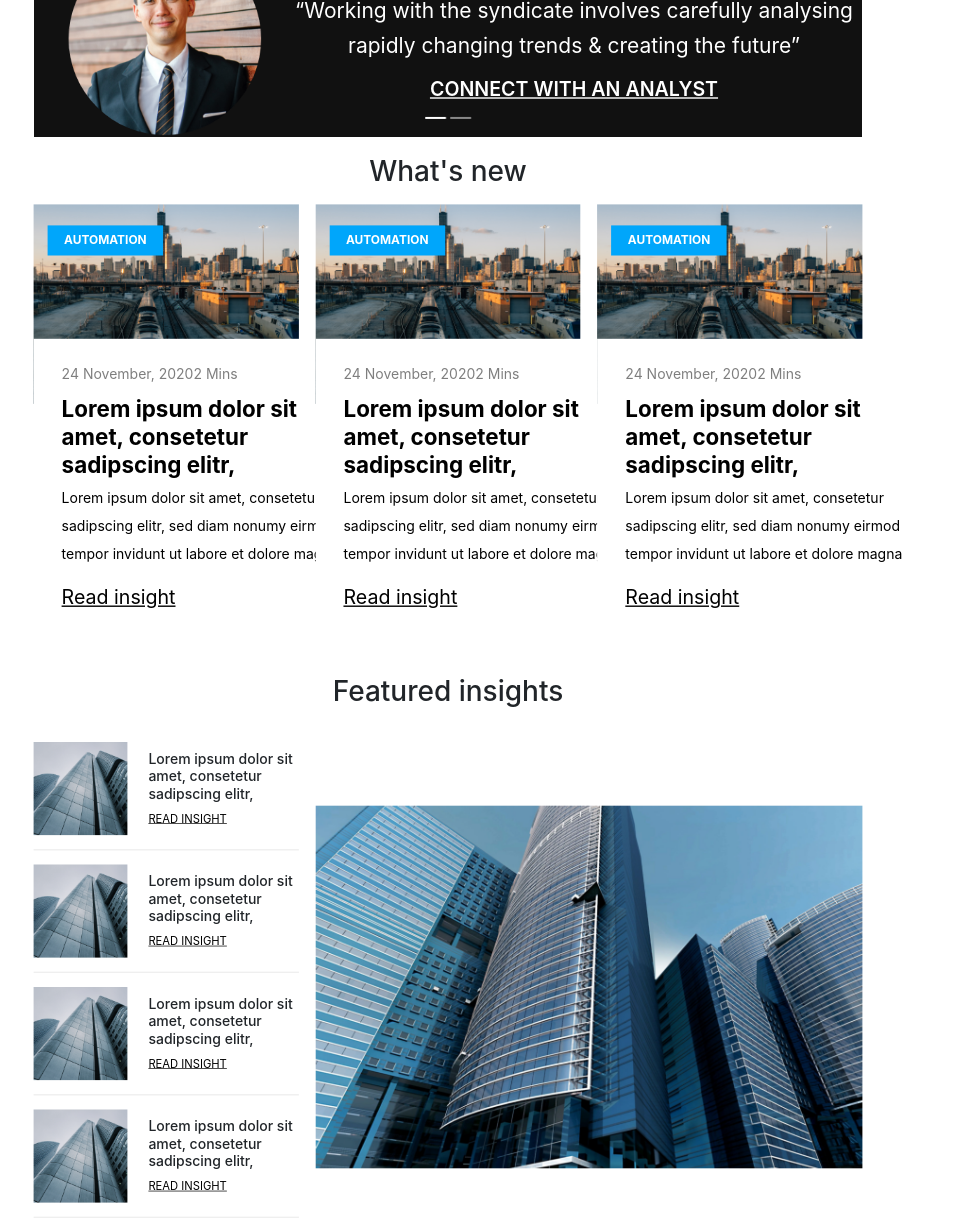
Repository: arif286/Business-webpage
Page: /
These files come from the project's save history. The page is drawn as it stood at one moment and after the next save; the edit follows.
The browser window is 1280 px wide. The page is 1361 px wide, so the pictures cover 1361 px, including what lies to the right of the window. The pictures show the part of the page from y = 1080 to 2840 px (the page is 2840 px tall before and 2816 px after), at 70% of full size.
The project was rebuilt for these pictures with package versions that can differ from the ones it lists, and the page was loaded fresh each time. Also part of the build but not shown: src/components/MainHeader/MainHeader.css, src/components/NotFound/NotFound.js.

Above is the page before, as saved 2021-05-27 17:05:55.

### src/App.js
import "bootstrap/dist/css/bootstrap.min.css";
import { BrowserRouter as Router, Route, Switch } from "react-router-dom";
import Home from "./components/Home/Home";
import NotFound from "./components/NotFound/NotFound";
function App() {
  return (
    <Router>
      <Switch>
        <Route path="/">
          <Home />
        </Route>
        <Route exact path="/">
          <Home />
        </Route>
        <Route path="*">
          <NotFound />
        </Route>
      </Switch>
    </Router>
  );
}

export default App;

### src/components/Home/Home.js
import React from 'react';
import Blog from '../Blog/Blog';
import Community from '../Community/Community';
import Featured from '../Featured/Featured';
import MainHeader from '../MainHeader/MainHeader';
import Testimonial from '../Testimonial/Testimonial';
import TopHeader from '../TopHeader/TopHeader';

const Home = () => {
    return (
        <>
            <TopHeader />
            <MainHeader />
            <Community />
            <Testimonial />
            <Blog />
            <Featured/>
        </>
    );
};

export default Home;

### src/components/Blog/Blog.js
import React from "react";
import { Col, Row } from "react-bootstrap";
import blogImage from '../../Images/event-1.png';
import "./Blog.css";

const Blog = () => {
  return (
    <div className="px-5 event-area">
      <h1 className='text-center mt-4 mb-4'>What's new</h1>
      <Row>
        <Col lg={4}>
          <div className="blog-wrap">
            <div className="blog-img">
              <img className="w-100 h-100" src={blogImage} alt="" />
              <a className="ig-btn" href="h">
                AUTOMATION
              </a>
            </div>
            <div className="event-content-wrap new-wrap">
              <div className="event-content-top-fx">
                <div className="single-top">
                  <p>
                    24 November, 2020
                    <span>2 Mins</span>
                  </p>
                </div>
                <div className="new-box-wrap">
                  <h4>
                    Lorem ipsum dolor sit amet, consetetur sadipscing elitr,
                  </h4>
                  <p>
                    Lorem ipsum dolor sit amet, consetetur sadipscing elitr, sed
                    diam nonumy eirmod tempor invidunt ut labore et dolore magna
                  </p>
                  <a href="http">
                    Read insight
                  </a>
                </div>
              </div>
            </div>
          </div>
        </Col>
        <Col lg={4}>
          <div className="blog-wrap">
            <div className="blog-img">
              <img className="w-100 h-100" src={blogImage} alt="" />
              <a href="h" className="ig-btn">
                AUTOMATION
              </a>
            </div>
            <div className="event-content-wrap new-wrap">
              <div className="event-content-top-fx">
                <div className="single-top">
                  <p>
                    24 November, 2020
                    <span>2 Mins</span>
                  </p>
                </div>
                <div className="new-box-wrap">
                  <h4>
                    Lorem ipsum dolor sit amet, consetetur sadipscing elitr,
                  </h4>
                  <p>
                    Lorem ipsum dolor sit amet, consetetur sadipscing elitr, sed
                    diam nonumy eirmod tempor invidunt ut labore et dolore magna
                  </p>
                  <a href="http">Read insight</a>
                </div>
              </div>
            </div>
          </div>
        </Col>
        <Col lg={4}>
          <div className="blog-wrap">
            <div className="blog-img">
              <img className="w-100 h-100" src={blogImage} alt="" />
              <a href="h" className="ig-btn">
                AUTOMATION
              </a>
            </div>
            <div className="event-content-wrap new-wrap">
              <div className="event-content-top-fx">
                <div className="single-top">
                  <p>
                    24 November, 2020
                    <span>2 Mins</span>
                  </p>
                </div>
                <div className="new-box-wrap">
                  <h4>
                    Lorem ipsum dolor sit amet, consetetur sadipscing elitr,
                  </h4>
                  <p>
                    Lorem ipsum dolor sit amet, consetetur sadipscing elitr, sed
                    diam nonumy eirmod tempor invidunt ut labore et dolore magna
                  </p>
                  <a href="http">Read insight</a>
                </div>
              </div>
            </div>
          </div>
        </Col>
      </Row>
    </div>
  );
};

export default Blog;

### src/components/Community/Community.js
import React from 'react';
import { Col, Row } from 'react-bootstrap';
import './Community.css';

const Community = () => {
    return (
      <div className='px-5'>
        <h2 className="engage-title">Engage with our community</h2>
        <Row>
          <Col md={12} lg={4} className="pb-4">
            <div className="engage-text engage-1">
              <p>Connect & Network with our community of thought leaders</p>
            </div>
          </Col>
          <Col md={12} lg={4} className="pb-4">
            <div className="engage-text engage-2">
              <p>Connect & Network with our community of thought leaders</p>
            </div>
          </Col>
          <Col md={12} lg={4} className="pb-4">
            <div className="engage-text engage-2">
              <p>Connect & Network with our community of thought leaders</p>
            </div>
          </Col>
        </Row>
      </div>
    );
};

export default Community;

### src/components/Featured/Featured.js
import React from "react";
import { Col, Row } from "react-bootstrap";
import sideBanner from "../../Images/f1.png";
import featuredImage from "../../Images/f3.png";
import FeaturedColumn from "./FeaturedColumn";

const FeaturedData = [
  {
    image: featuredImage,
    text: "Lorem ipsum dolor sit amet, consetetur sadipscing elitr,",
  },
  {
    image: featuredImage,
    text: "Lorem ipsum dolor sit amet, consetetur sadipscing elitr,",
  },
  {
    image: featuredImage,
    text: "Lorem ipsum dolor sit amet, consetetur sadipscing elitr,",
  },
  {
    image: featuredImage,
    text: "Lorem ipsum dolor sit amet, consetetur sadipscing elitr,",
  },

];
const Featured = () => {
  return (
    <div className="px-5">
      <h1 className='text-center mt-4 mb-5'>Featured insights</h1>
      <Row className='align-items-center'>
        <Col sm={12} lg={4}>
          {FeaturedData.map((item) => (
            <FeaturedColumn card={item} />
          ))}
        </Col>
        <Col sm={12} lg={8}>
          <img className='w-100' src={sideBanner} alt="" />
        </Col>
      </Row>
    </div>
  );
};

export default Featured;

### src/components/MainHeader/MainHeader.js
import { faBars } from '@fortawesome/free-solid-svg-icons';
import { FontAwesomeIcon } from "@fortawesome/react-fontawesome";
import React from 'react';
import { Nav, Navbar } from 'react-bootstrap';
import './MainHeader.css';
const MainHeader = () => {
    const Bars = <FontAwesomeIcon icon={faBars} />;
    return (
      <div className="container-fluid">
        <Navbar className="px-5" expand="md">
          <Navbar.Brand href="#home">{Bars}</Navbar.Brand>
          <Navbar.Toggle aria-controls="basic-navbar-nav" />
          <Navbar.Collapse id="basic-navbar-nav">
            <Nav className="mr-auto">
              <Nav.Link href="#home">Home</Nav.Link>
              <Nav.Link href="#link">Insights</Nav.Link>
              {/* <NavDropdown title="Dropdown" id="basic-nav-dropdown">
                <NavDropdown.Item href="#action/3.1">Action</NavDropdown.Item>
                <NavDropdown.Item href="#action/3.2">
                  Another action
                </NavDropdown.Item>
                <NavDropdown.Item href="#action/3.3">
                  Something
                </NavDropdown.Item>
                <NavDropdown.Divider />
                <NavDropdown.Item href="#action/3.4">
                  Separated link
                </NavDropdown.Item>
              </NavDropdown> */}
              <Nav.Link href="#link">Services</Nav.Link>
              <Nav.Link href="#link">Community</Nav.Link>
              <Nav.Link href="#link">Events</Nav.Link>
              <Nav.Link href="#link">About US</Nav.Link>
            </Nav>
          </Navbar.Collapse>
        </Navbar>
      </div>
    );
};

export default MainHeader;

### src/components/Testimonial/Testimonial.js
import React from "react";
import SliderImage from "../../Images/meer-shap.png";
import Image from '../../Images/meet.png';
import './Testimonial.css';

const Testimonial = () => {
  return (
    <div className="px-5">
      <div
        id="carouselExampleIndicators"
        class="carousel slide"
        data-bs-ride="carousel"
      >
        <div class="carousel-indicators">
          <button
            type="button"
            data-bs-target="#carouselExampleIndicators"
            data-bs-slide-to="0"
            class="active"
            aria-current="true"
            aria-label="Slide 1"
          ></button>
          <button
            type="button"
            data-bs-target="#carouselExampleIndicators"
            data-bs-slide-to="1"
            aria-label="Slide 2"
          ></button>
        </div>
        <div className="carousel-inner">
          <div class="carousel-item carousel-bg active">
            <div className="meet-bg">
              <img src={SliderImage} alt="" />
            </div>
            <div className="testi-btn">
              <a href="http">Testimonial</a>
            </div>
            <div className="row">
              <div className='d-lg-flex align-items-center '>
                <div className="meet-img text-center">
                  <img src={Image} alt="" />
                </div>
                <div className="meet-content text-center pb-5">
                  <h4>Meet Edward, CEO of HappyFoods</h4>
                  <p>
                    “Working with the syndicate involves carefully analysing
                    rapidly changing trends & creating the future”
                  </p>
                  <a href="http">CONNECT WITH AN ANALYST</a>
                </div>
              </div>
            </div>
          </div>
          <div class="carousel-item carousel-bg ">
            <div className="meet-bg">
              <img src={SliderImage} alt="" />
            </div>
            <div className="test-btn">
              <a href="http">Testimonial</a>
            </div>
            <div className="row">
              <div>
                <div className="meet-img">
                  <img src={Image} alt="" />
                </div>
                <div className="meet-content">
                  <h4>Meet Edward, CEO of HappyFoods</h4>
                  <p>
                    “Working with the syndicate involves carefully analysing
                    rapidly changing trends & creating the future”
                  </p>
                  <a href="http">CONNECT WITH AN ANALYST</a>
                </div>
              </div>
            </div>
          </div>
        </div>
      </div>
    </div>
  );
};

export default Testimonial;

### src/components/TopHeader/TopHeader.js
import { faFacebook, faInstagram, faLinkedin, faTwitter } from '@fortawesome/free-brands-svg-icons';
import { FontAwesomeIcon } from "@fortawesome/react-fontawesome";
import React from 'react';
import { Col, Row } from 'react-bootstrap';
import './TopHeader.css';

const TopHeader = () => {
    const Facebook = <FontAwesomeIcon icon={faFacebook} />;
    const Twitter = <FontAwesomeIcon icon={faTwitter} />;
    const Instagram = <FontAwesomeIcon icon={faInstagram} />;
    const LinkedIn = <FontAwesomeIcon icon={faLinkedin} />;
    return (
      <div className="header-top">
        <div className="container-fluid">
          <Row>
            <Col lg={12}>
              <div className="d-flex align-items-center justify-content-between">
                <div className="header-top-icon">
                  <a href="#h">{Facebook}</a>
                  <a href="#h">{Instagram}</a>
                  <a href="#h">{Twitter}</a>
                  <a href="#h">{LinkedIn}</a>
                </div>
                <div className='header-top-text'>
                  <p>The Analyst syndicate</p>
                </div>
                <div className="header-top-btn">
                  <a href='#l'>Let's Talk</a>
                </div>
              </div>
            </Col>
          </Row>
        </div>
      </div>
    );
};

export default TopHeader;

### src/components/Blog/Blog.css
.event-area {
  height: 900px;
  padding-bottom: 0;
  background: #fff;
}
.single-top p {
  font-size: 20px;
  color: #000;
  opacity: 0.5;
  line-height: 40px;
  margin-bottom: 10px;
}
.blog-img {
  position: relative;
}
.blog-img img {
  transition: 0.6s;
}
.ig-btn {
  width: 165px;
  height: 43px;
  background: #00a6fb;
  display: flex;
  align-items: center;
  justify-content: center;
  color: #fff;
  font-size: 17px;
  font-weight: 700;
  position: absolute;
  top: 30px;
  left: 20px;
  border: 2px solid transparent;
  transition: 0.3s;
}
.blog-wrap {
  position: relative;
}
.event-content-wrap.new-wrap {
  bottom: -327px;
}
.event-content-wrap {
  background: #fff;
  padding: 30px 40px;
  width: 508px;
  position: absolute;
  bottom: -137px;
}
.new-box-wrap h4 {
  font-size: 32px;
  color: #000000;
  line-height: 40px;
  font-weight: 700;
}
.new-box-wrap p {
  font-size: 20px;
  line-height: 40px;
  color: #000000;
  margin-bottom: 20px;
}
.new-box-wrap a {
  font-size: 28px;
  color: #000;
  text-decoration: underline;
}
@media (min-width: 1440px) and (max-width: 1800px) {
  .event-content-wrap {
    background: #fff;
    padding: 30px 40px;
    width: 424px;
    position: absolute;
    bottom: -137px;
  }
  .new-box-wrap h4 {
    font-size: 23px;
    line-height: 28px;
  }
  .new-box-wrap p {
    font-size: 18px;
    line-height: 32px;
    margin-bottom: 20px;
  }
  .new-box-wrap a {
    font-size: 21px;
  }
  .event-area {
    height: 800px;
  }
}

@media (min-width: 992px) and (max-width: 1200px) {
  .event-content-wrap.new-wrap {
    bottom: -223px;
    position: unset;
    bottom: 0;
    margin-top: -78px;
    position: relative;
  }
  .event-content-wrap {
    padding: 20px 20px;
    width: 268px;
    bottom: -137px;
  }
  .new-box-wrap h4 {
    font-size: 19px;
    line-height: 26px;
  }
  .new-box-wrap p {
    font-size: 18px;
    line-height: 25px;
    margin-bottom: 12px;
  }
  .new-box-wrap a {
    font-size: 20px;
  }
  .event-area {
    height: auto;
  }
}
@media (min-width: 1200px) and (max-width: 1400px) {
  .event-area {
    height: 720px;
  }
}

@media (min-width: 768px) and (max-width: 991px) {
  .event-content-wrap {
    padding: 20px 20px;
    width: 460px;
    bottom: -137px;
    position: relative;
    bottom: 0;
    margin-top: -55px;
  }
  .event-content-wrap.new-wrap {
    bottom: -223px;
    position: unset;
    bottom: 0;
    margin-top: -78px;
    position: relative;
  }
  .new-box-wrap h4 {
    font-size: 20px;
    line-height: 26px;
  }
  .new-box-wrap p {
    font-size: 18px;
    line-height: 25px;
    margin-bottom: 12px;
  }
  .event-area {
    height: auto;
  }
}
@media only screen and (min-width: 320px) and (max-width: 767px) {
  .single-top p {
    font-size: 18px;
    line-height: 25px;
    margin-bottom: 8px;
  }
  .event-content-wrap {
    padding: 20px 20px;
    width: 300px;
    bottom: -137px;
    position: relative;
    bottom: 0;
    margin-top: -55px;
  }
  .event-content-wrap.new-wrap {
    bottom: -223px;
    position: unset;
    bottom: 0;
    margin-top: -78px;
    position: relative;
  }
  .new-box-wrap h4 {
    font-size: 20px;
    line-height: 26px;
  }
  .new-box-wrap p {
    font-size: 18px;
    line-height: 25px;
    margin-bottom: 12px;
  }
  .event-area {
    height: auto;
  }
}

### src/components/Community/Community.css
.engage-1 {
  background-image: url(../../Images/e1.png);
}
.engage-2 {
  background-image: url(../../Images/e2.png);
}
.engage-3 {
  background-image: url(../../Images/e3.png);
}
.engage-text {
  height: 560px;
  background-size: 100% 100%;
  background-position: center center;
  padding-left: 50px;
  padding-bottom: 50px;
  display: flex;
  align-items: flex-end;
}
.engage-text p {
  margin: 0;
  color: #fff;
  font-size: 32px;
  font-weight: 700;
  line-height: 44px;
  max-width: 400px;
}
.engage-title {
  text-align: center;
  font-weight: 900;
  text-transform: uppercase;
  font-size: 35px;
  margin-top: 50px;
  margin-bottom: 50px;
}
@media (min-width: 768px) and (max-width: 991px) {
  .engage-text p {
    margin: 0;
    font-size: 20px;
    line-height: 25px;
  }
  .engage-title {
    text-align: center;
    font-weight: 900;
    text-transform: uppercase;
    font-size: 25px;
  }
}

### src/components/Featured/FeaturedColumn.js
import React from 'react';
import './Featured.css';

const FeaturedColumn = ({ card }) => {
    console.log(card);
  return (
    <>
      <div className="single-featured-box">
        <img src={card.image} alt="" />
        <div className="featured-content">
          <h5>{card.text}</h5>
          <a href="http">READ INSIGHT</a>
        </div>
      </div>
    </>
  );
};

export default FeaturedColumn;

### src/components/Testimonial/Testimonial.css
.carousel-bg {
  background-color: #111111;
}
.testi-btn a {
  width: 308px;
  height: 61px;
  color: #000;
  font-size: 28px;
  display: flex;
  align-items: center;
  justify-content: center;
  background: #91c499;
  position: absolute;
  top: 0;
  right: 0;
  border: 2px solid transparent;
  transition: 0.3s;
}
.meet-img img {
  width: 275px;
  height: 275px;
  margin-right: 35px;
  margin-left: 50px;
}
.meet-content {
  max-width: 970px;
}
.meet-content h4 {
  font-size: 39px;
  color: #fff;
  line-height: 56px;
  margin-bottom: 20px;
}
.meet-content p {
  font-size: 30px;
  color: #fff;
  line-height: 50px;
}
.meet-content a {
  color: #fff;
  font-size: 28px;
  text-decoration: underline;
  font-weight: 600;
}
@media (min-width: 992px) and (max-width: 1200px) {
  .meet-content h4 {
    font-size: 28px;
    line-height: 33px;
    margin-bottom: 6px;
  }
  .meet-content p {
    font-size: 22px;
    line-height: 29px;
    margin-bottom: 10px;
  }
  .meet-content a {
    font-size: 22px;
  }
}
@media only screen and (min-width: 320px) and (max-width: 767px) {
  .meet-content a {
    font-size: 16px;
  }
  .meet-content h4 {
    font-size: 21px;
    line-height: 26px;
    margin-bottom: 6px;
  }
  .meet-content p {
    font-size: 20px;
    line-height: 29px;
    margin-bottom: 17px;
  }
}

### src/components/TopHeader/TopHeader.css
a {
  text-decoration: none;
}
.header-top {
  padding-left: 77px;
  border-bottom: 2px solid #eeeeee;
}
.header-top-icon a {
  width: 30px;
  height: 30px;
  background: #211f20;
  display: inline-block;
  border-radius: 34px;
  text-align: center;
  color: #fff;
  font-size: 14px;
  line-height: 29px;
  margin-right: 7px;
}
.header-top-text p {
  margin: 0;
  font-size: 28px;
  color: #000000;
  font-weight: 700;
  line-height: 32px;
  text-transform: uppercase;
}
.header-top-btn a {
  width: 314px;
  height: 98px;
  background: #111111;
  border: 2px solid transparent;
  transition: 0.3s;
  display: flex;
  align-items: center;
  justify-content: space-between;
  padding-left: 74px;
  padding-right: 80px;
  font-size: 21px;
  color: #fff;
}

### src/components/Featured/Featured.css
.single-featured-box {
  display: flex;
  align-items: center;
  padding-bottom: 33px;
  margin-bottom: 33px;
  border-bottom: 2px solid #efefef;
}
.single-featured-box img {
  margin-right: 30px;
}
.featured-content h5 {
  font-size: 20px;
  line-height: 25px;
  margin-bottom: 10px;
}
.featured-content a {
  font-size: 19px;
  color: #000000;
  text-decoration: underline;
}
@media (min-width: 1200px) and (max-width: 1439px) {
  .single-featured-box {
    padding-bottom: 20px;
    margin-bottom: 20px;
  }
  .featured-content h5 {
    font-size: 20px;
    line-height: 25px;
    margin-bottom: 10px;
  }
  .featured-content a {
    font-size: 16px;
  }
}
@media (min-width: 992px) and (max-width: 1200px) {
  .single-featured-box {
    margin-top: 40px;
    display: block;
    padding-bottom: 10px;
    margin-bottom: 10px;
  }
  .featured-content h5 {
    font-size: 16px;
    line-height: 22px;
    margin-bottom: 7px;
  }
}
@media (min-width: 768px) and (max-width: 991px) {
  .single-featured-box {
    margin-top: 40px;
    display: block;
    padding-bottom: 10px;
    margin-bottom: 10px;
  }
  .featured-content h5 {
    font-size: 16px;
    line-height: 22px;
    margin-bottom: 7px;
  }
}
@media only screen and (min-width: 320px) and (max-width: 767px) {
  .single-featured-box {
    padding-bottom: 10px;
    margin-bottom: 10px;
    margin-top: 40px;
    display: block;
  }
  .featured-content h5 {
    font-size: 16px;
    line-height: 22px;
    margin-bottom: 7px;
  }
  .single-featured-box img {
    width: 100%;
    margin-right: 0px;
    height: 100px;
  }
}

Loaded but not shown: public/index.html (common file); src/index.js (common file); src/index.css (common file)

After the next save:
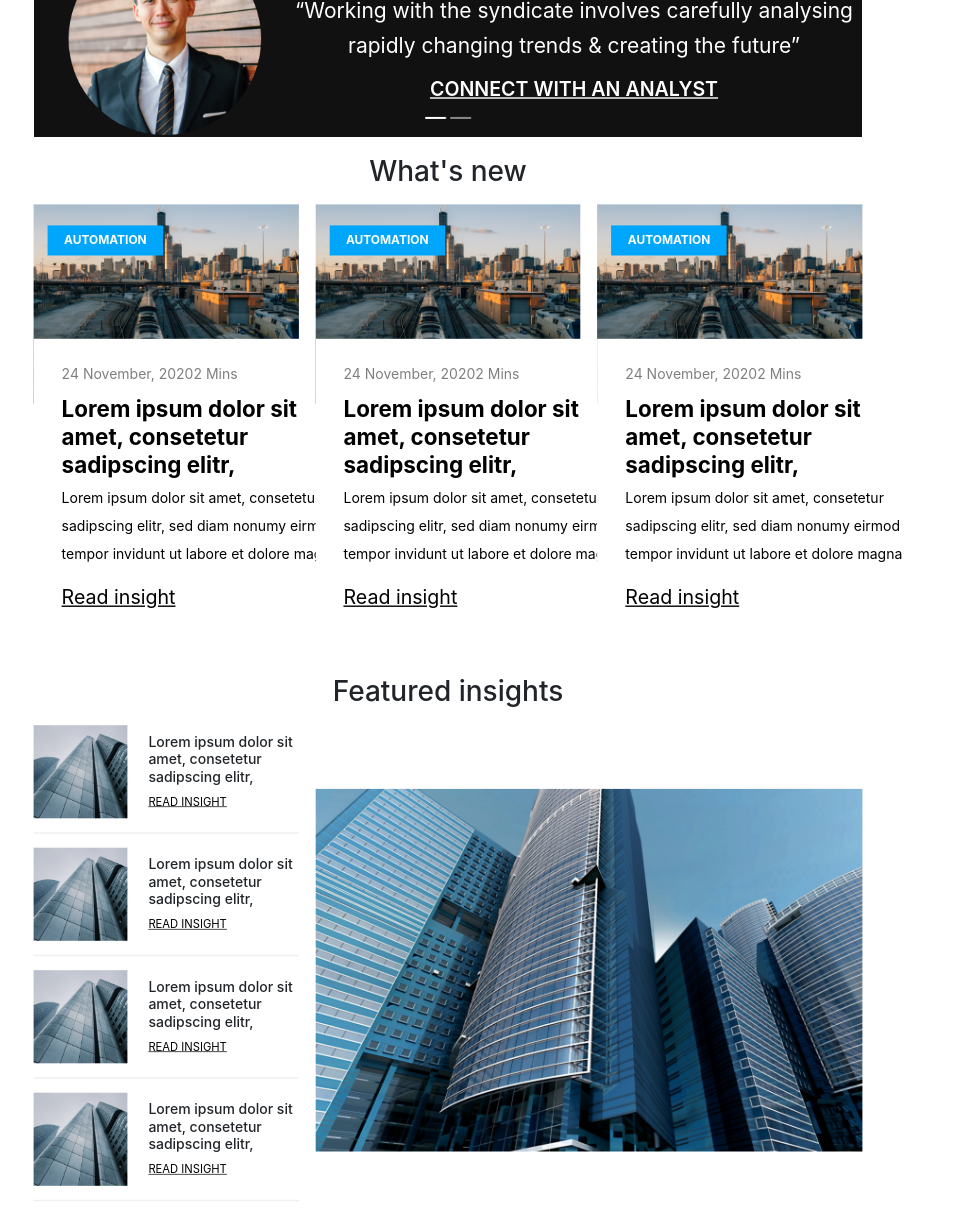
Saved 10 s later.
--- a/src/components/Featured/Featured.js
+++ b/src/components/Featured/Featured.js
@@ -26,7 +26,7 @@
 const Featured = () => {
   return (
     <div className="px-5">
-      <h1 className='text-center mt-4 mb-5'>Featured insights</h1>
+      <h1 className='text-center mt-4 mb-4'>Featured insights</h1>
       <Row className='align-items-center'>
         <Col sm={12} lg={4}>
           {FeaturedData.map((item) => (
